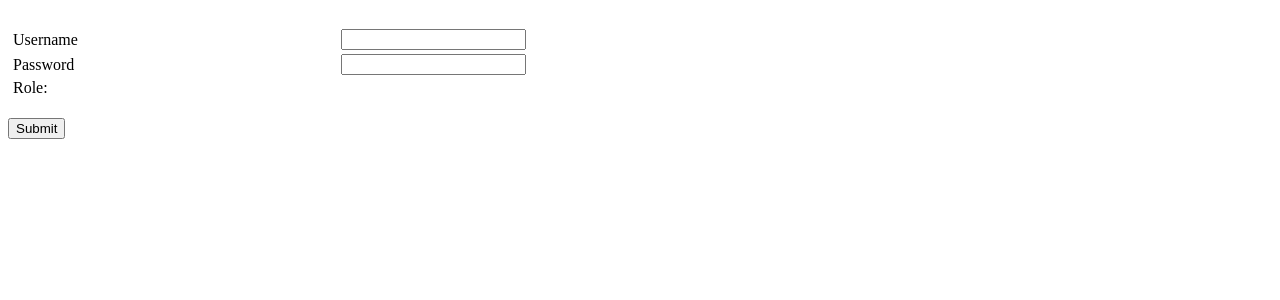
Repository: viraj2623/My_projects
Page: loginandregpr/src/main/webapp/login.html
The author's editor kept a copy of each file at every save. The page is drawn from the files as they stood at one save, then again after the next save.
The browser window is 1280 px wide. The pictures show the whole page.

Above is the page before, as saved 2025-03-04 08:28:03.

### loginandregpr/src/main/webapp/login.html
<!DOCTYPE html>
<html>
<head>
<meta charset="UTF-8">
<title>Insert title here</title>
</head>
<body>

<form action="Regandloginsrv" method="service">
  <div class="container mt-4">
  <input type="hidden" name="movement" value="login">
   <table style="width: 95%" class="table">
    <tr>
     <td><legend>Username</legend></td>
     <td><input type="text" name="username" required/></td>
    </tr>
    <tr>
     <td><legend>Password</legend></td>
     <td><input type="password" name="password" required/></td>
    </tr>
    <tr>
    <td><legend>Role:</legend></td>

    <br/>
    </tr>
   </table><br/>
   <input type="submit" class="btn btn-outline-success" value="Submit" />

   </div>

  </form>

</body>
</html>

After the next save:
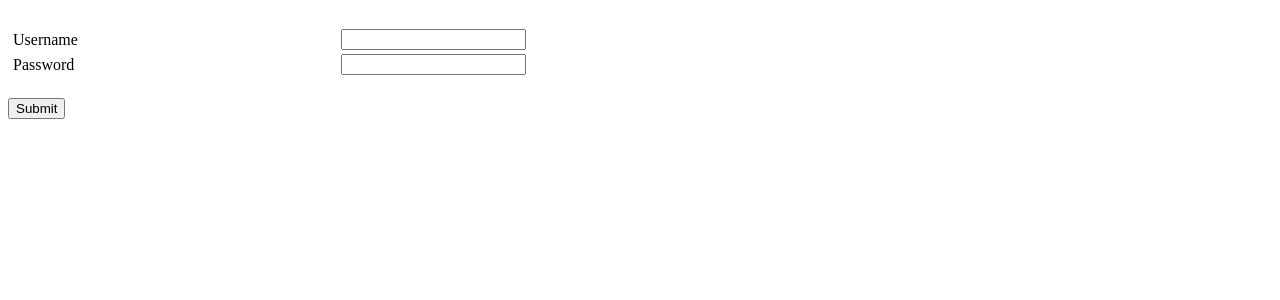
Saved 21 s later.
--- a/loginandregpr/src/main/webapp/login.html
+++ b/loginandregpr/src/main/webapp/login.html
@@ -19,7 +19,7 @@
      <td><input type="password" name="password" required/></td>
     </tr>
     <tr>
-    <td><legend>Role:</legend></td>
+
 
     <br/>
     </tr>
